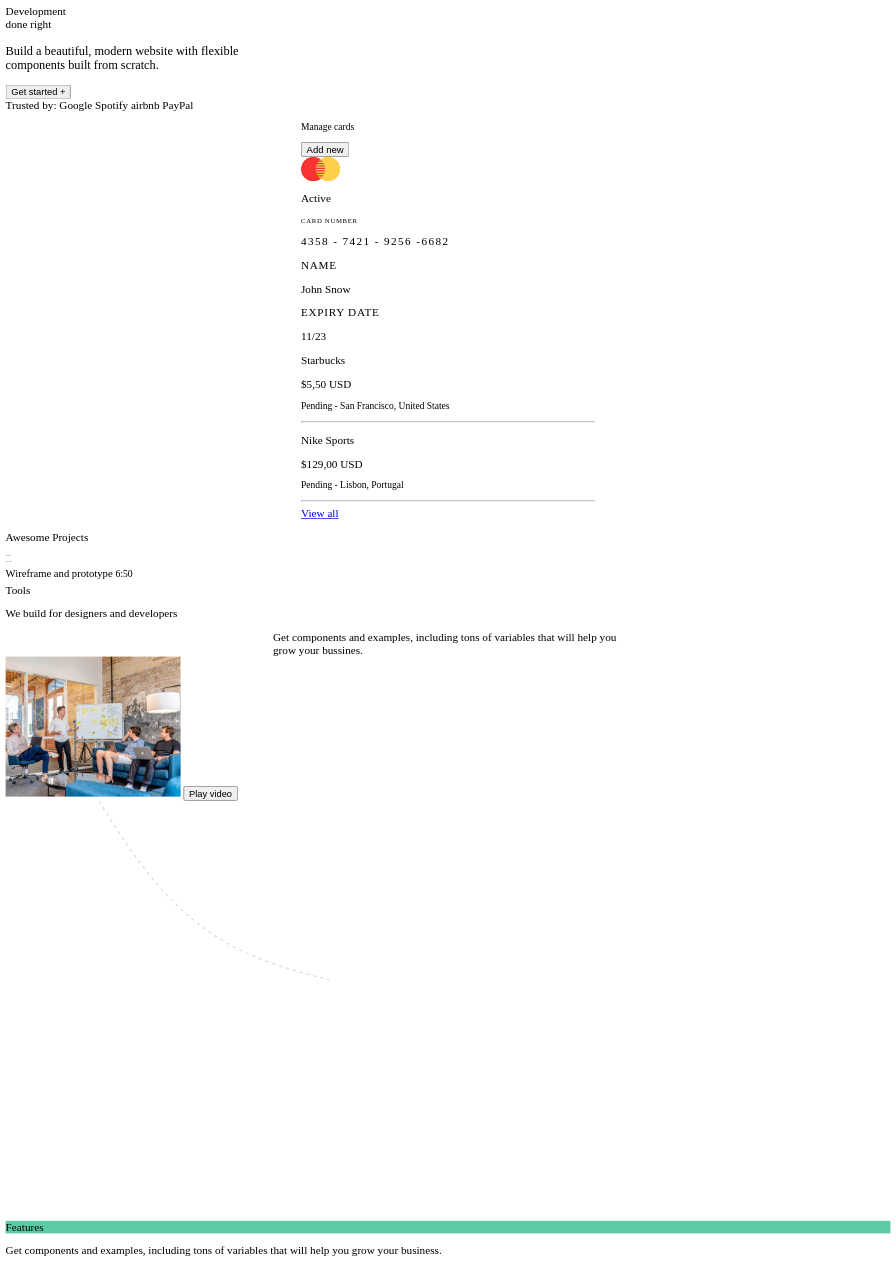
Repository: brandonc16/odoo-task
Page: components/hero.html
An editor plug-in stored every save of this project. The page is shown before and after the next save, followed by the edit.
The browser window is 1280 px wide. The pictures show the whole page, at 70% of full size.

Above is the page before, as saved 2026-03-16 01:17:15.

After the next save:
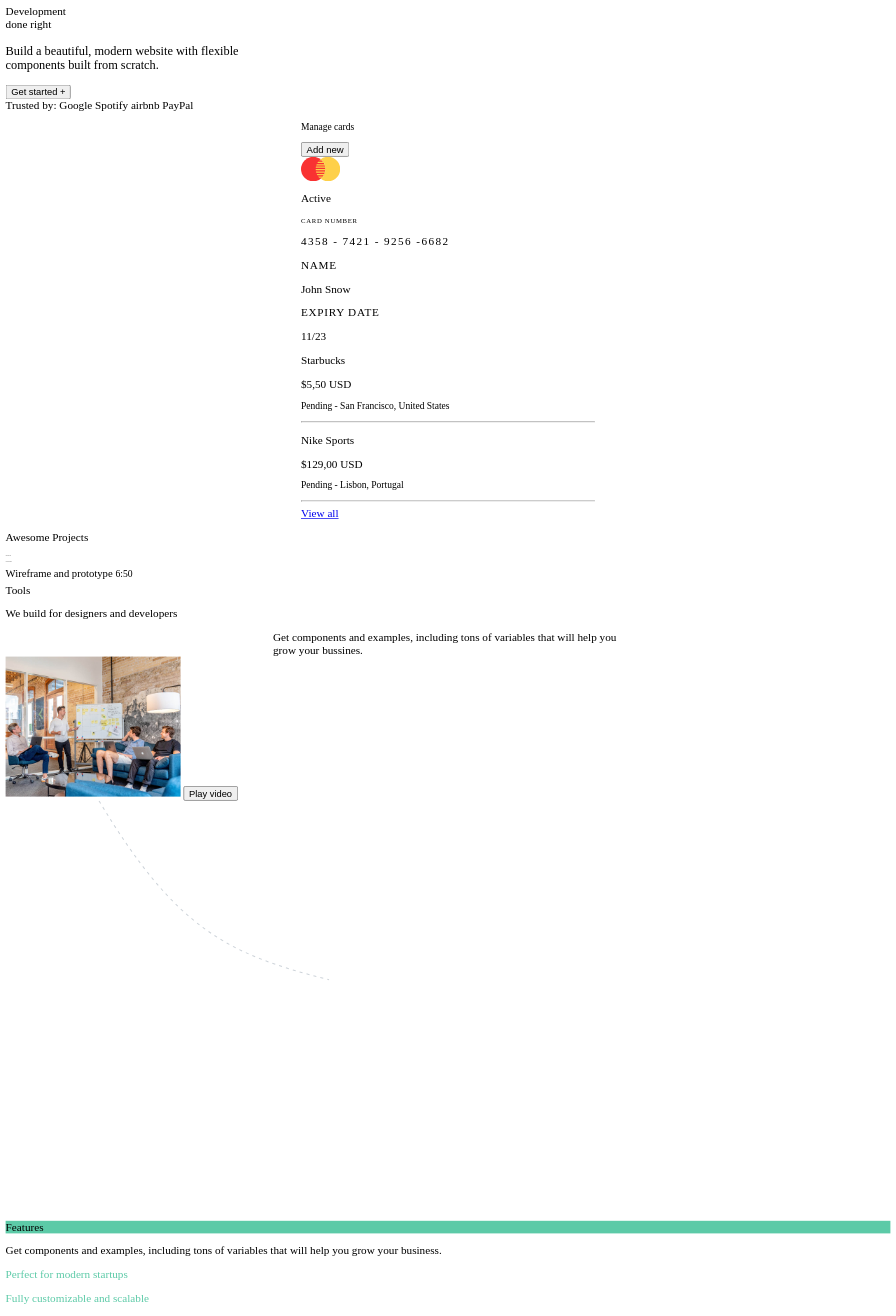
Saved 3 min 11 s later.
--- a/components/hero.html
+++ b/components/hero.html
@@ -249,8 +249,7 @@
     fill="none"
   />
 
-
-<!--   <path
+  <!--   <path
     d="M400,600 C300,750 250,850 100,1000"
     stroke="#ced4da"
     stroke-width="2"
@@ -265,14 +264,33 @@
   <div class="px-lg-10 align-items-center">
     <div class="col-12 col-lg-5 mb-5 mb-lg-0">
       <p
-        class="badge rounded-3  text-white mb-4 fs-6 p-3" style="background-color:#5CCAA7;"
+        class="badge rounded-3 text-white mb-4 fs-6 p-3"
+        style="background-color: #5ccaa7"
       >
         Features
       </p>
 
-      <p class="fw-bold mb-5 " >
-        Get components and examples, including tons of variables that will help you grow your business.
+      <p class="fw-bold mb-5">
+        Get components and examples, including tons of variables that will help
+        you grow your business.
       </p>
+
+      <div class="d-flex flex-column gap-3">
+        <div class="d-flex align-items-center gap-3">
+          <i class="bi bi-check-circle-fill fs-5" style="color: #5ccaa7"></i>
+          <p class="fw-medium" style="color: #5ccaa7">
+            Perfect for modern startups
+          </p>
+        </div>
+      </div>
+      <div class="d-flex flex-column gap-3">
+        <div class="d-flex align-items-center gap-3">
+          <i class="bi bi-check-circle-fill fs-5" style="color: #5ccaa7"></i>
+          <p class="fw-medium" style="color: #5ccaa7">
+            Fully customizable and scalable
+          </p>
+        </div>
+      </div>
     </div>
   </div>
 </div>
